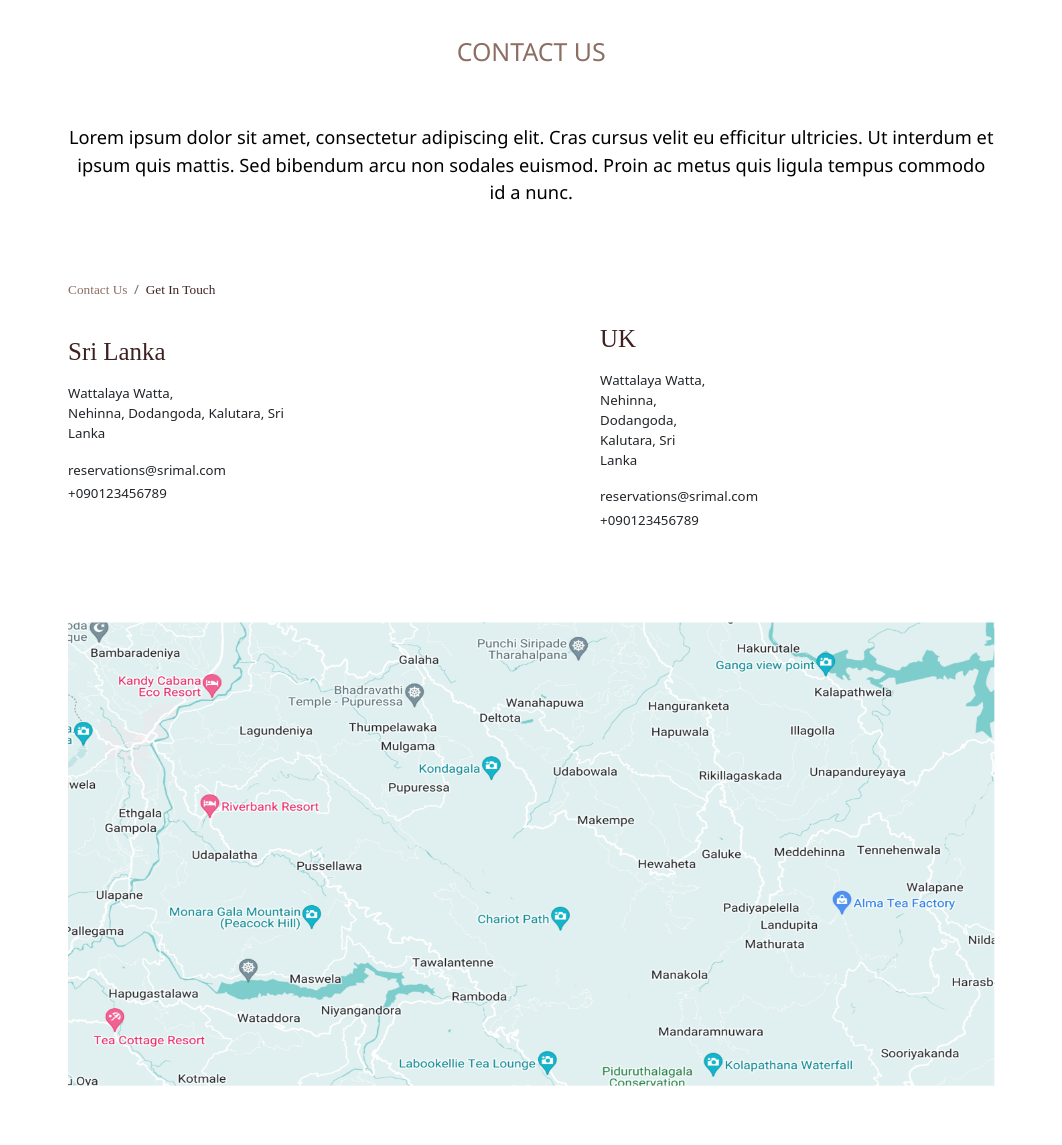
Repository: kaushalyaweerakoon/Plantation-Villa
Page: contact-us.html
An editor plug-in stored every save of this project. The page is shown before and after the next save, followed by the edit.
The browser window is 1280 px wide. The pictures show the whole page, at 83% of full size.
Some web fonts or font styles are not loaded; a fallback is used.

Above is the page before, as saved 2022-08-15 12:21:24.
Not found: assets/js/main.js

After the next save:
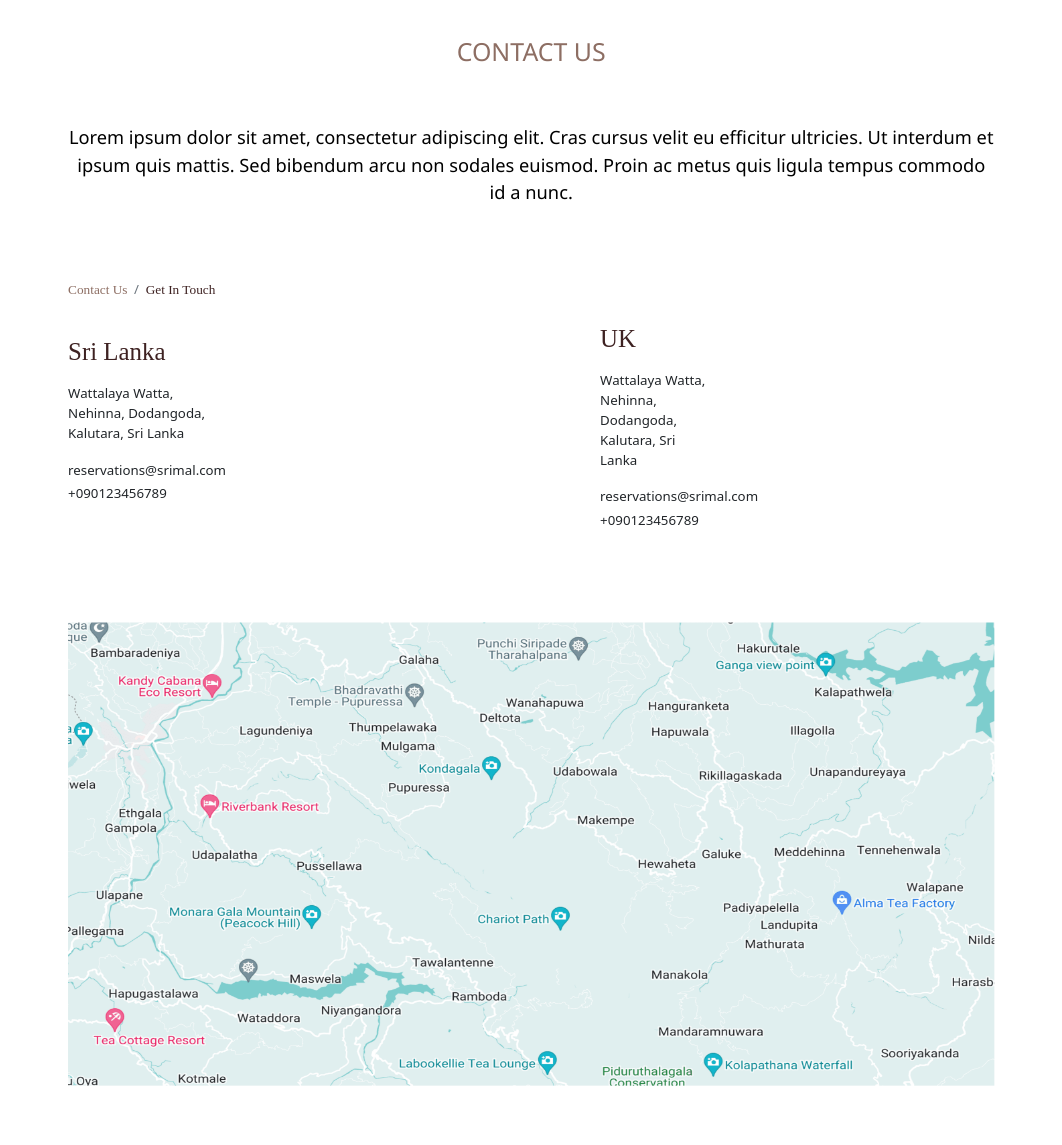
Saved 20 s later.
--- a/contact-us.html
+++ b/contact-us.html
@@ -59,7 +59,7 @@
             <div class="col col-xl-6">
                 <p class="country-text">Sri Lanka</p>
                 <p class="">Wattalaya Watta,<br>
-                    Nehinna, Dodangoda,
+                    Nehinna, Dodangoda,<br>
                     Kalutara, Sri Lanka</p>
                 <ul class="list-unstyled">
                     <li><a class="lh-lg text-dark text-decoration-none" href="reservations@srimal.com">reservations@srimal.com</a>
